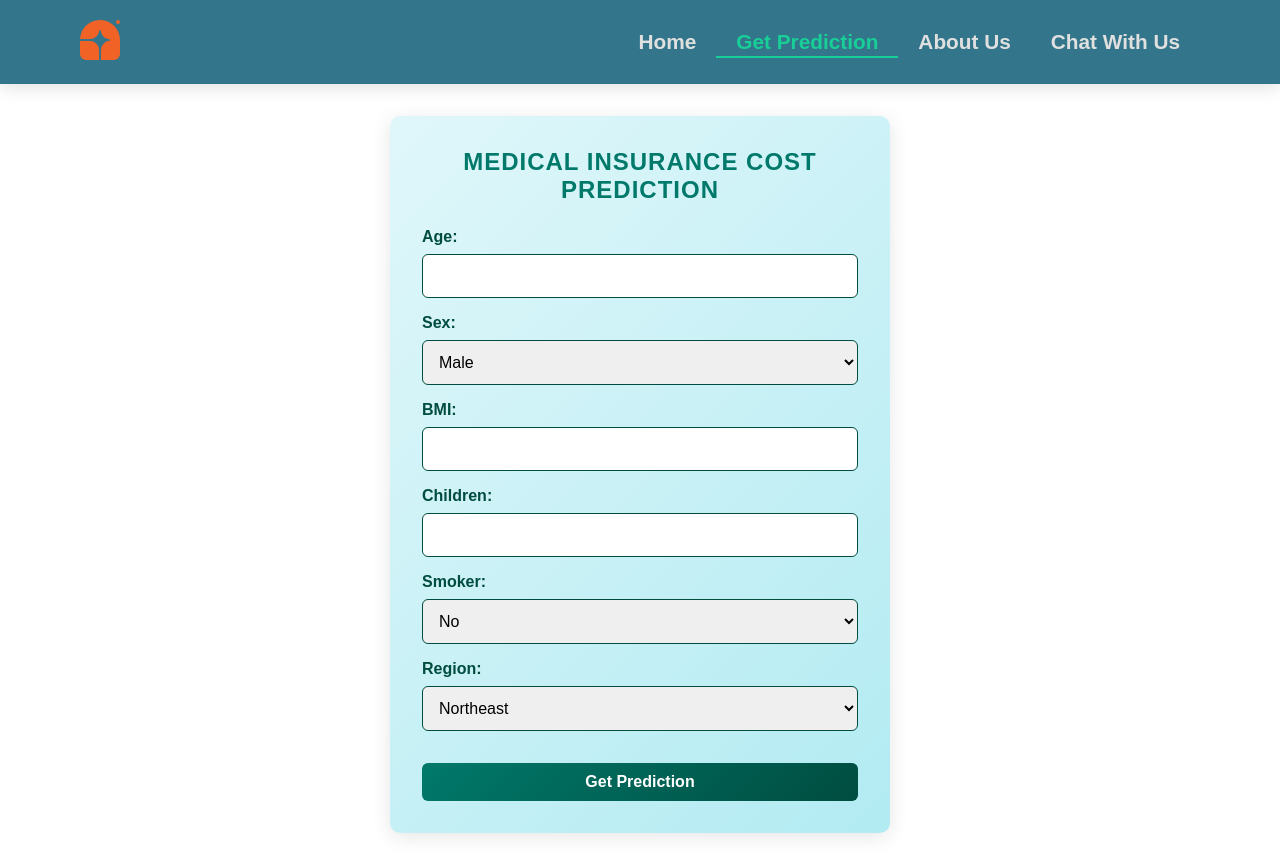
Repository: aabhashbasnet/MedicalInsuranceCostPredictionSystem
Page: /get-prediction (app in frontend/)
These files come from the project's save history. The page is drawn as it stood at one moment and after the next save; the edit follows.
The browser window is 1280 px wide. The pictures show the whole page.
The project was rebuilt for these pictures with package versions that can differ from the ones it lists, and the page was loaded fresh each time. Also part of the build but not shown: frontend/src/pages/Home.js, frontend/src/pages/AboutUs.js, frontend/src/pages/ChatBot.css, frontend/src/pages/ChatBot.js, frontend/src/pages/DetailsPage.css, frontend/src/pages/DetailsPage.js.

Above is the page before, as saved 2025-01-23 20:56:12.

### frontend/public/index.html
<!DOCTYPE html>
<html lang="en">
  <head>
    <meta charset="utf-8" />
    <link rel="icon" href="%PUBLIC_URL%/favicon.ico" />
    <meta name="viewport" content="width=device-width, initial-scale=1" />
    <meta name="theme-color" content="#000000" />
    <meta
      name="description"
      content="Web site created using create-react-app"
    />
    <link rel="apple-touch-icon" href="%PUBLIC_URL%/logo192.png" />
    <!--
      manifest.json provides metadata used when your web app is installed on a
      user's mobile device or desktop. See https://developers.google.com/web/fundamentals/web-app-manifest/
    -->
    <link rel="manifest" href="%PUBLIC_URL%/manifest.json" />
    <!--
      Notice the use of %PUBLIC_URL% in the tags above.
      It will be replaced with the URL of the `public` folder during the build.
      Only files inside the `public` folder can be referenced from the HTML.

      Unlike "/favicon.ico" or "favicon.ico", "%PUBLIC_URL%/favicon.ico" will
      work correctly both with client-side routing and a non-root public URL.
      Learn how to configure a non-root public URL by running `npm run build`.
    -->
    <title>React App</title>
    <link
      rel="stylesheet"
      href="https://cdnjs.cloudflare.com/ajax/libs/font-awesome/6.7.1/css/all.min.css"
      integrity="sha512-5Hs3dF2AEPkpNAR7UiOHba+lRSJNeM2ECkwxUIxC1Q/FLycGTbNapWXB4tP889k5T5Ju8fs4b1P5z/iB4nMfSQ=="
      crossorigin="anonymous"
      referrerpolicy="no-referrer"
    />
  </head>
  <body>
    <noscript>You need to enable JavaScript to run this app.</noscript>
    <div id="root"></div>
    <!--
      This HTML file is a template.
      If you open it directly in the browser, you will see an empty page.

      You can add webfonts, meta tags, or analytics to this file.
      The build step will place the bundled scripts into the <body> tag.

      To begin the development, run `npm start` or `yarn start`.
      To create a production bundle, use `npm run build` or `yarn build`.
    -->
  </body>
</html>

### frontend/src/index.css
*{
  margin: 0;
  padding: 0;
  box-sizing: border-box;
}
body {
  font-family: -apple-system, BlinkMacSystemFont, 'Segoe UI', 'Roboto', 'Oxygen',
    'Ubuntu', 'Cantarell', 'Fira Sans', 'Droid Sans', 'Helvetica Neue',
    sans-serif;
  -webkit-font-smoothing: antialiased;
  -moz-osx-font-smoothing: grayscale;
}

code {
  font-family: source-code-pro, Menlo, Monaco, Consolas, 'Courier New',
    monospace;
}

### frontend/src/pages/GetPrediction.js
import React, { useState } from 'react';
import axios from 'axios';
import { useNavigate } from 'react-router-dom';
import './GetPrediction.css';

const InsuranceForm = () => {
  const [formData, setFormData] = useState({
    age: '',
    sex: 'male',
    bmi: '',
    children: '',
    smoker: 'no',
    region: 'northeast'
  });
  const [result, setResult] = useState(null);
  const [error, setError] = useState(null);
  const [loading, setLoading] = useState(false);
  const navigate = useNavigate();

  const handleChange = (event) => {
    setFormData({
      ...formData,
      [event.target.name]: event.target.value
    });
  };

  const handleViewDetails = () => {
    navigate('/details', { state: { predictionData: formData, result } });
  };

  const handleSubmit = async (event) => {
    event.preventDefault();
    setError(null);
    setLoading(true);

    // Basic form validation
    if (!formData.age || !formData.bmi || !formData.children) {
      setError('Please fill in all required fields.');
      setLoading(false);
      return;
    }

    const formattedData = {
      age: Number(formData.age),
      sex: formData.sex === 'male' ? 0 : 1,
      bmi: parseFloat(formData.bmi),
      children: Number(formData.children),
      smoker: formData.smoker === 'no' ? 1 : 0,
      region: (() => {
        switch (formData.region) {
          case 'northeast': return 0;
          case 'southeast': return 1;
          case 'southwest': return 2;
          case 'northwest': return 3;
          default: return -1;
        }
      })()
    };

    try {
      const response = await axios.post('http://127.0.0.1:8000/api/predict/', formattedData);
      if (response.status === 200) {
        setResult(response.data.prediction.toFixed(2));  // Ensure this matches the response format from the backend
      } else {
        throw new Error('An error occurred while fetching the prediction.');
      }
    } catch (error) {
      console.error('Error:', error);
      setError('An error occurred. Please try again later.');
    } finally {
      setLoading(false);
    }
  };

  return (
    <div className="insurance-form-container">
      <h2>Medical Insurance Cost Prediction</h2>
      <form onSubmit={handleSubmit}>
        <div>
          <label>Age:</label>
          <input type="number" name="age" value={formData.age} onChange={handleChange} />
        </div>
        <div>
          <label>Sex:</label>
          <select name="sex" value={formData.sex} onChange={handleChange}>
            <option value="male">Male</option>
            <option value="female">Female</option>
          </select>
        </div>
        <div>
          <label>BMI:</label>
          <input type="number" name="bmi" value={formData.bmi} onChange={handleChange} />
        </div>
        <div>
          <label>Children:</label>
          <input type="number" name="children" value={formData.children} onChange={handleChange} />
        </div>
        <div>
          <label>Smoker:</label>
          <select name="smoker" value={formData.smoker} onChange={handleChange}>
            <option value="no">No</option>
            <option value="yes">Yes</option>
          </select>
        </div>
        <div>
          <label>Region:</label>
          <select name="region" value={formData.region} onChange={handleChange}>
            <option value="northeast">Northeast</option>
            <option value="southeast">Southeast</option>
            <option value="southwest">Southwest</option>
            <option value="northwest">Northwest</option>
          </select>
        </div>
        <button type="submit" disabled={loading}>
          {loading ? 'Loading...' : 'Get Prediction'}
        </button>
      </form>

      {error && <p className="error">{error}</p>}
      {result && (
        <>
          <p>Predicted Insurance Cost: ${result}</p>
          <button className="view-details-btn" onClick={handleViewDetails}>
            View Details
          </button>
        </>
      )}
    </div>
  );
};

export default InsuranceForm;

### frontend/src/components/NavbarStyles.css
nav {
    display: flex;
    align-items: center;
    justify-content: space-between;
    background-color: #33758a; /* Soft blackish tone */
    padding: 20px 80px;
    box-shadow: 0px 5px 15px rgba(0, 0, 0, 0.1); /* Subtle shadow */
}

#navbar {
    display: flex;
    align-items: center;
    justify-content: center;
}

#navbar li {
    list-style: none;
    padding: 0 20px;
    position: relative;
}

#navbar li a {
    text-decoration: none;
    font-size: 1.3rem;
    font-weight: 600;
    color: #e0e0e0; /* Light gray text */
    transition: color 0.3s ease-in-out, transform 0.2s ease-in-out, padding 0.2s ease-in-out;
}

/* Hover and active states */
#navbar li a:hover,
#navbar li a.active {
    color: #17cf97; /* Vibrant green */
    transform: scale(1.05); /* Slight zoom on hover */
    padding-bottom: 8px; /* Add spacing below text */
}

#navbar li a:hover::after,
#navbar li a.active::after {
    content: "";
    width: 100%; /* Full width for the underline */
    height: 2px;
    background-color: #17cf97; /* Vibrant green */
    position: absolute;
    bottom: -4px;
    left: 0; /* Align to the left */
    transition: width 0.3s ease-in-out;
}

/* Mobile menu icon style */
#mobile i {
    color: #e0e0e0; /* Light gray */
}

#mobile {
    display: none;
}

/* Responsive Navigation */
@media screen and (max-width: 769px) {
    #navbar {
        display: flex;
        flex-direction: column;
        align-items: flex-start;
        justify-content: flex-start;
        position: fixed;
        top: 84px;
        right: -300px;
        width: 300px;
        height: 100vh;
        background-color: #3a3a3a; /* Darker gray */
        box-shadow: 0 40px 60px rgba(0, 0, 0, 0.1); /* Subtle shadow */
        padding: 40px 10px 0 20px;
        transition: right 0.3s ease-in-out;
    }

    #navbar.active {
        right: 0px; /* Show mobile navbar when active */
    }

    #navbar li {
        margin-bottom: 25px; /* Increased margin for better spacing */
    }

    #mobile i {
        font-size: 24px;
        cursor: pointer;
    }

    #mobile {
        display: block; /* Show mobile menu icon */
    }
}

### frontend/src/pages/Home.css
/* HomeStyles.css */
body {
    margin: 0;
    font-family: 'Arial', sans-serif;
    color: #333;
}

.home-container {
    width: 100%;
    margin: 0 auto;
    overflow: hidden;
}

/* Hero Section */
.hero-section {
    background: linear-gradient(135deg, #84c5fc, #d9e4fd);
    color: white;
    padding: 60px 20px;
    text-align: center;
}

.hero-section h1 {
    font-size: 3rem;
    margin-bottom: 20px;
}

.hero-section p {
    font-size: 1.2rem;
    margin-bottom: 30px;
}

.btn-primary {
    background-color: #ffc107;
    color: #333;
    padding: 15px 30px;
    border-radius: 5px;
    text-decoration: none;
    font-weight: bold;
    transition: background-color 0.3s;
}

.btn-primary:hover {
    background-color: #ff9800;
}

/* Features Section */
.features-section {
    background-color: #f4f4f9;
    padding: 50px 20px;
    text-align: center;
}

.features-section h2 {
    margin-bottom: 30px;
    font-size: 2.5rem;
    color: #007bff;
}

.features-container {
    display: flex;
    flex-wrap: wrap;
    gap: 20px;
    justify-content: center;
}

.feature-card {
    background: white;
    border-radius: 10px;
    box-shadow: 0 4px 8px rgba(0, 0, 0, 0.1);
    padding: 20px;
    width: 250px;
    text-align: center;
}

.feature-icon {
    font-size: 2.5rem;
    color: #007bff;
    margin-bottom: 15px;
}

.feature-card h3 {
    margin-bottom: 10px;
    color: #333;
}

/* Steps Section */
.steps-section {
    padding: 50px 20px;
    text-align: center;
    background: #e3f2fd;
}

.steps-container {
    display: flex;
    justify-content: center;
    gap: 20px;
}

.step {
    background: white;
    border-radius: 10px;
    box-shadow: 0 4px 8px rgba(0, 0, 0, 0.1);
    padding: 20px;
    width: 200px;
}

.step-number {
    display: inline-block;
    width: 40px;
    height: 40px;
    line-height: 40px;
    background: #007bff;
    color: white;
    font-size: 1.5rem;
    border-radius: 50%;
    margin-bottom: 15px;
}

/* Call-to-Action */
.cta-section {
    background: linear-gradient(135deg, #84c5fc, #d9e4fd); /* Light blue gradient */
    color: white;
    text-align: center;
    padding: 50px 20px;
}

.cta-section p {
    margin-bottom: 20px;
}

.cta-section .btn-primary {
    background-color: #ffc107;
    color: #333;
}

/* Footer */
.home-footer {
    text-align: center;
    padding: 20px;
    background: #f4f4f9;
    color: #666;
    font-size: 0.9rem;
}

Loaded but not shown: frontend/src/index.js (common file); frontend/src/reportWebVitals.js (common file); frontend/src/components/Navbar.js (68 lines, source omitted); frontend/src/App.js (25 lines, source omitted); frontend/src/pages/GetPrediction.css (135 lines, source omitted); frontend/src/pages/AboutUs.css (151 lines, source omitted)

After the next save:
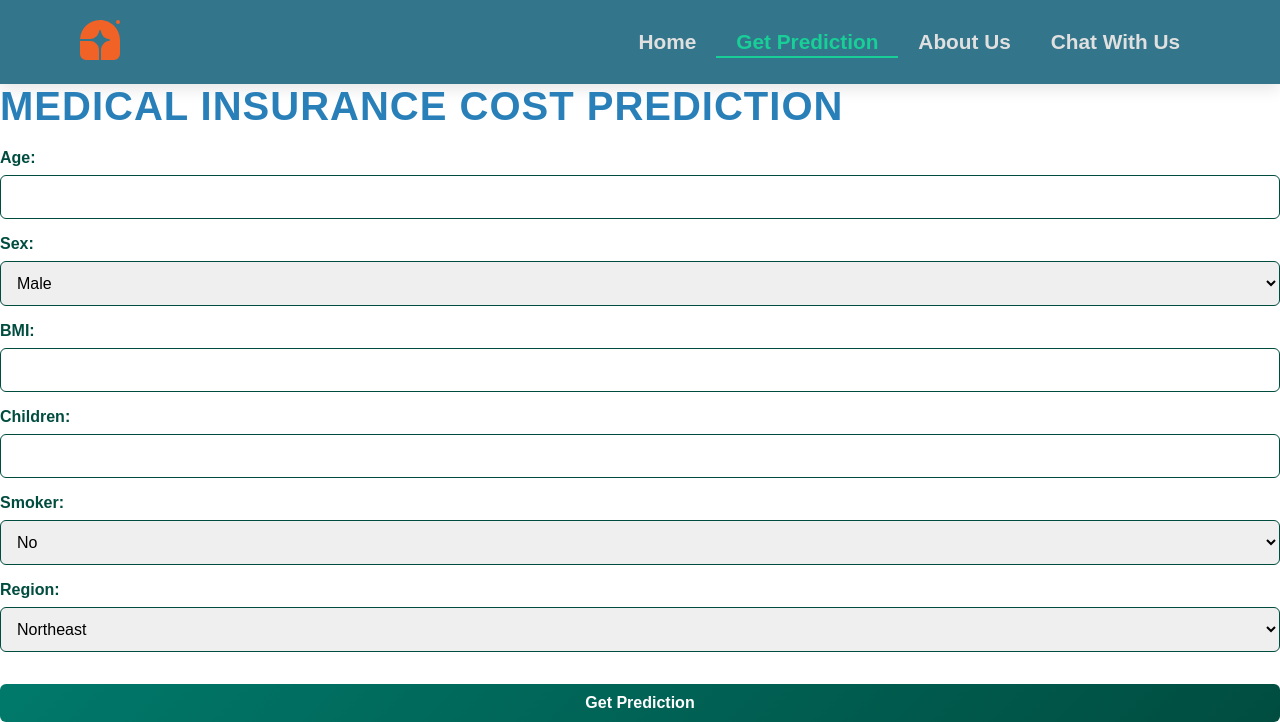
Saved 11 min 26 s later.
--- a/frontend/src/pages/GetPrediction.js
+++ b/frontend/src/pages/GetPrediction.js
@@ -1,31 +1,25 @@
 import React, { useState } from 'react';
 import axios from 'axios';
-import { useNavigate } from 'react-router-dom';
 import './GetPrediction.css';
 
-const InsuranceForm = () => {
+const GetPrediction = () => {
   const [formData, setFormData] = useState({
     age: '',
     sex: 'male',
     bmi: '',
     children: '',
     smoker: 'no',
-    region: 'northeast'
+    region: 'northeast',
   });
   const [result, setResult] = useState(null);
   const [error, setError] = useState(null);
   const [loading, setLoading] = useState(false);
-  const navigate = useNavigate();
 
   const handleChange = (event) => {
     setFormData({
       ...formData,
-      [event.target.name]: event.target.value
+      [event.target.name]: event.target.value,
     });
-  };
-
-  const handleViewDetails = () => {
-    navigate('/details', { state: { predictionData: formData, result } });
   };
 
   const handleSubmit = async (event) => {
@@ -33,13 +27,14 @@
     setError(null);
     setLoading(true);
 
-    // Basic form validation
+    // Basic validation
     if (!formData.age || !formData.bmi || !formData.children) {
       setError('Please fill in all required fields.');
       setLoading(false);
       return;
     }
 
+    // Prepare data for the backend
     const formattedData = {
       age: Number(formData.age),
       sex: formData.sex === 'male' ? 0 : 1,
@@ -54,26 +49,55 @@
           case 'northwest': return 3;
           default: return -1;
         }
-      })()
+      })(),
     };
 
     try {
       const response = await axios.post('http://127.0.0.1:8000/api/predict/', formattedData);
       if (response.status === 200) {
-        setResult(response.data.prediction.toFixed(2));  // Ensure this matches the response format from the backend
+        setResult(response.data);
       } else {
         throw new Error('An error occurred while fetching the prediction.');
       }
     } catch (error) {
-      console.error('Error:', error);
+      console.error(error);
       setError('An error occurred. Please try again later.');
     } finally {
       setLoading(false);
     }
   };
 
+  const handleDownload = async () => {
+    if (!result) return;
+
+    try {
+      const response = await axios.post(
+        'http://127.0.0.1:8000/api/download_report/',
+        {
+          ...formData,
+          prediction: result.prediction,
+        },
+        {
+          responseType: 'blob', // Important for downloading files
+        }
+      );
+
+      // Create a link element to download the PDF
+      const url = window.URL.createObjectURL(new Blob([response.data]));
+      const link = document.createElement('a');
+      link.href = url;
+      link.setAttribute('download', 'insurance_report.pdf');
+      document.body.appendChild(link);
+      link.click();
+      link.parentNode.removeChild(link);
+    } catch (error) {
+      console.error(error);
+      setError('An error occurred while downloading the report.');
+    }
+  };
+
   return (
-    <div className="insurance-form-container">
+    <div className="prediction-container">
       <h2>Medical Insurance Cost Prediction</h2>
       <form onSubmit={handleSubmit}>
         <div>
@@ -119,14 +143,12 @@
       {error && <p className="error">{error}</p>}
       {result && (
         <>
-          <p>Predicted Insurance Cost: ${result}</p>
-          <button className="view-details-btn" onClick={handleViewDetails}>
-            View Details
-          </button>
+          <p>Predicted Insurance Cost: ${result.prediction.toFixed(2)}</p>
+          <button onClick={handleDownload}>Download Report</button>
         </>
       )}
     </div>
   );
 };
 
-export default InsuranceForm;
+export default GetPrediction;

After the save that followed:
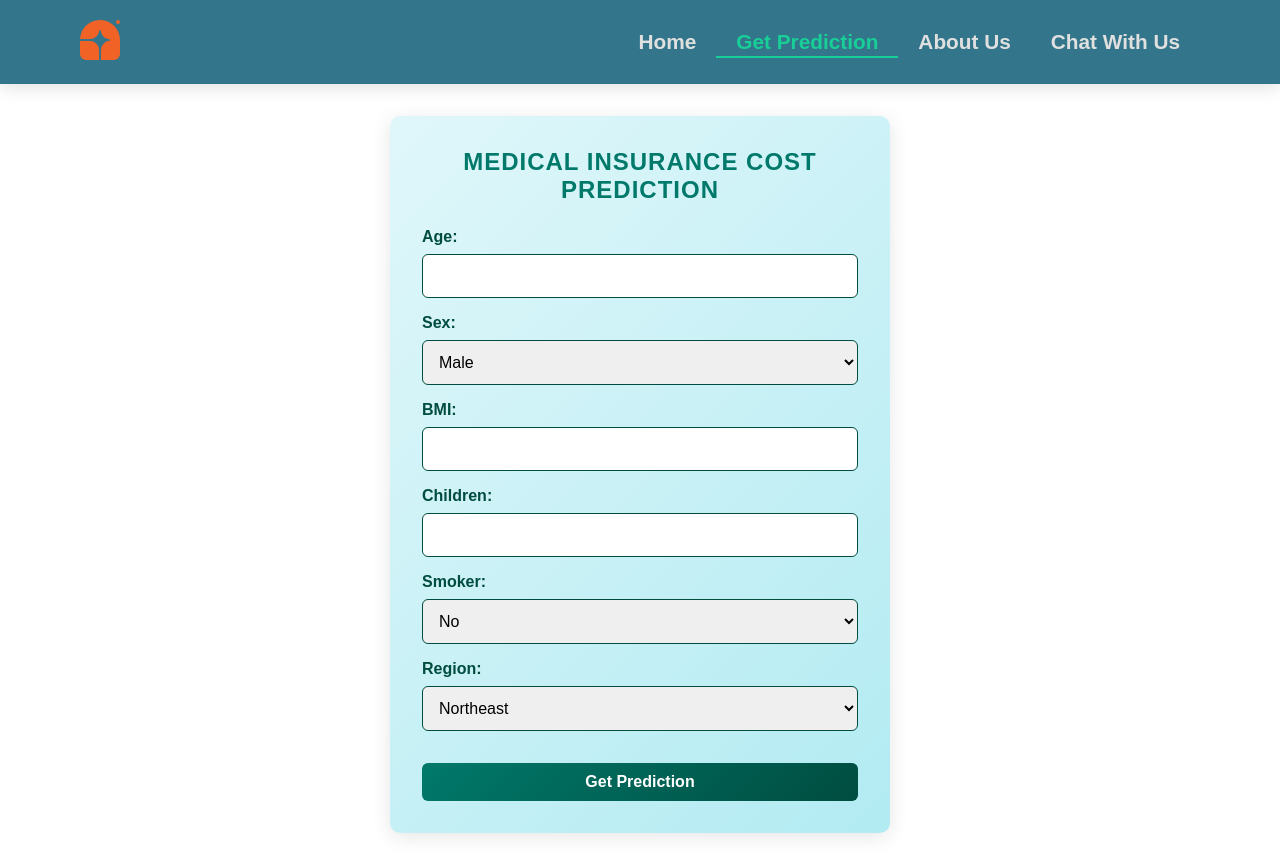
Saved 64 s later.
--- a/frontend/src/pages/GetPrediction.js
+++ b/frontend/src/pages/GetPrediction.js
@@ -1,25 +1,31 @@
 import React, { useState } from 'react';
 import axios from 'axios';
+import { useNavigate } from 'react-router-dom';
 import './GetPrediction.css';
 
-const GetPrediction = () => {
+const InsuranceForm = () => {
   const [formData, setFormData] = useState({
     age: '',
     sex: 'male',
     bmi: '',
     children: '',
     smoker: 'no',
-    region: 'northeast',
+    region: 'northeast'
   });
   const [result, setResult] = useState(null);
   const [error, setError] = useState(null);
   const [loading, setLoading] = useState(false);
+  const navigate = useNavigate();
 
   const handleChange = (event) => {
     setFormData({
       ...formData,
-      [event.target.name]: event.target.value,
+      [event.target.name]: event.target.value
     });
+  };
+
+  const handleViewDetails = () => {
+    navigate('/details', { state: { predictionData: formData, result } });
   };
 
   const handleSubmit = async (event) => {
@@ -27,14 +33,13 @@
     setError(null);
     setLoading(true);
 
-    // Basic validation
+    // Basic form validation
     if (!formData.age || !formData.bmi || !formData.children) {
       setError('Please fill in all required fields.');
       setLoading(false);
       return;
     }
 
-    // Prepare data for the backend
     const formattedData = {
       age: Number(formData.age),
       sex: formData.sex === 'male' ? 0 : 1,
@@ -49,55 +54,26 @@
           case 'northwest': return 3;
           default: return -1;
         }
-      })(),
+      })()
     };
 
     try {
       const response = await axios.post('http://127.0.0.1:8000/api/predict/', formattedData);
       if (response.status === 200) {
-        setResult(response.data);
+        setResult(response.data.prediction.toFixed(2));  // Ensure this matches the response format from the backend
       } else {
         throw new Error('An error occurred while fetching the prediction.');
       }
     } catch (error) {
-      console.error(error);
+      console.error('Error:', error);
       setError('An error occurred. Please try again later.');
     } finally {
       setLoading(false);
     }
   };
 
-  const handleDownload = async () => {
-    if (!result) return;
-
-    try {
-      const response = await axios.post(
-        'http://127.0.0.1:8000/api/download_report/',
-        {
-          ...formData,
-          prediction: result.prediction,
-        },
-        {
-          responseType: 'blob', // Important for downloading files
-        }
-      );
-
-      // Create a link element to download the PDF
-      const url = window.URL.createObjectURL(new Blob([response.data]));
-      const link = document.createElement('a');
-      link.href = url;
-      link.setAttribute('download', 'insurance_report.pdf');
-      document.body.appendChild(link);
-      link.click();
-      link.parentNode.removeChild(link);
-    } catch (error) {
-      console.error(error);
-      setError('An error occurred while downloading the report.');
-    }
-  };
-
   return (
-    <div className="prediction-container">
+    <div className="insurance-form-container">
       <h2>Medical Insurance Cost Prediction</h2>
       <form onSubmit={handleSubmit}>
         <div>
@@ -143,12 +119,14 @@
       {error && <p className="error">{error}</p>}
       {result && (
         <>
-          <p>Predicted Insurance Cost: ${result.prediction.toFixed(2)}</p>
-          <button onClick={handleDownload}>Download Report</button>
+          <p>Predicted Insurance Cost: ${result}</p>
+          <button className="view-details-btn" onClick={handleViewDetails}>
+            View Details
+          </button>
         </>
       )}
     </div>
   );
 };
 
-export default GetPrediction;
+export default InsuranceForm;
